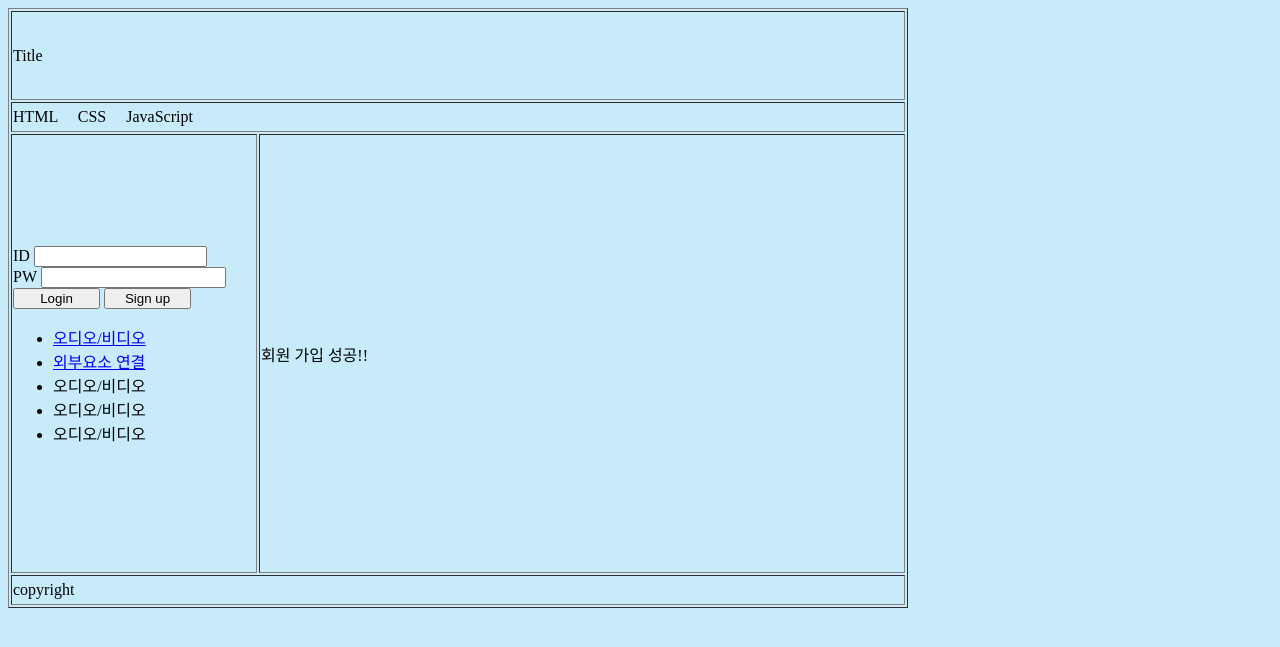
Repository: Hwangjiwon/MultiCampus
Page: http://localhost/2Study/jsp/member_insert_ok.jsp
These files come from the project's save history. The page is drawn as it stood at one moment and after the next save; the edit follows.
The browser window is 1280 px wide. The pictures show the whole page.
The page is served by Tomcat 9.

Above is the page before, as saved 2019-05-31 06:01:00.

After the next save:
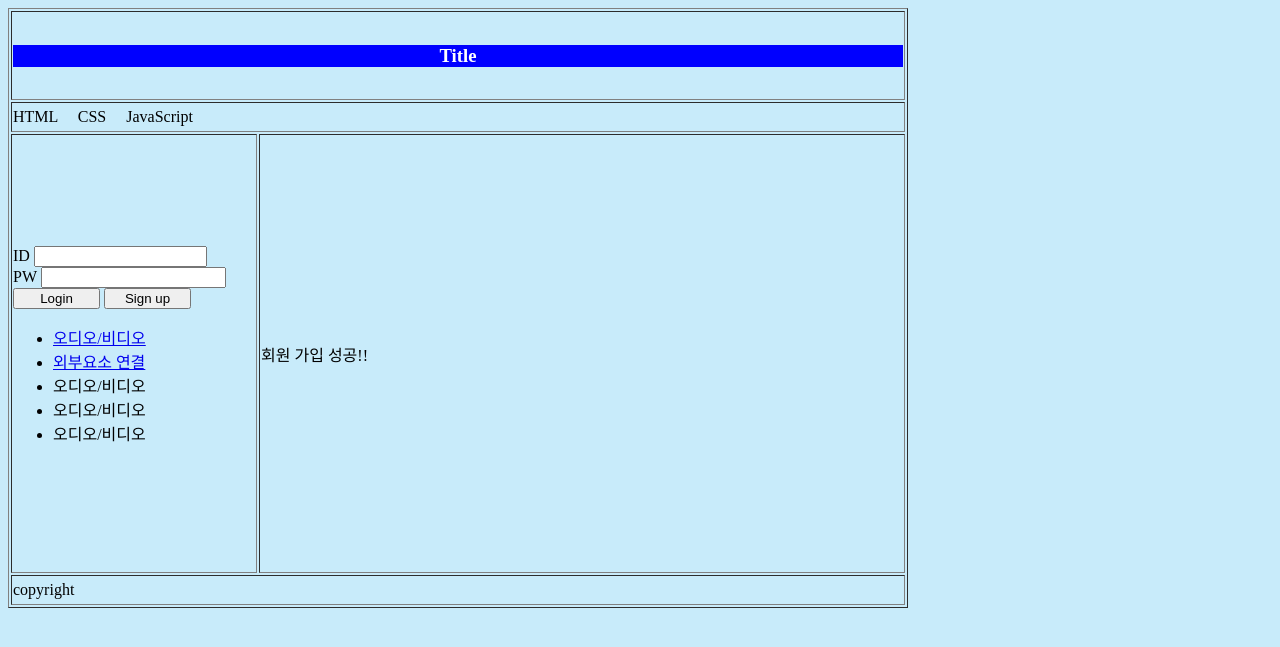
Saved 51 s later.
--- a/2Study/WebContent/jsp/header.jsp
+++ b/2Study/WebContent/jsp/header.jsp
@@ -13,7 +13,7 @@
 <body>
 	<table border="1" width="900" height="600">
 		<tr height="15%">
-			<td colspan="2">Title</td>
+			<td colspan="2"><h3>Title</h3></td>
 		</tr>
 		<tr height="5%">
 			<td colspan="2">HTML &nbsp;&nbsp;&nbsp; CSS &nbsp;&nbsp;&nbsp;
